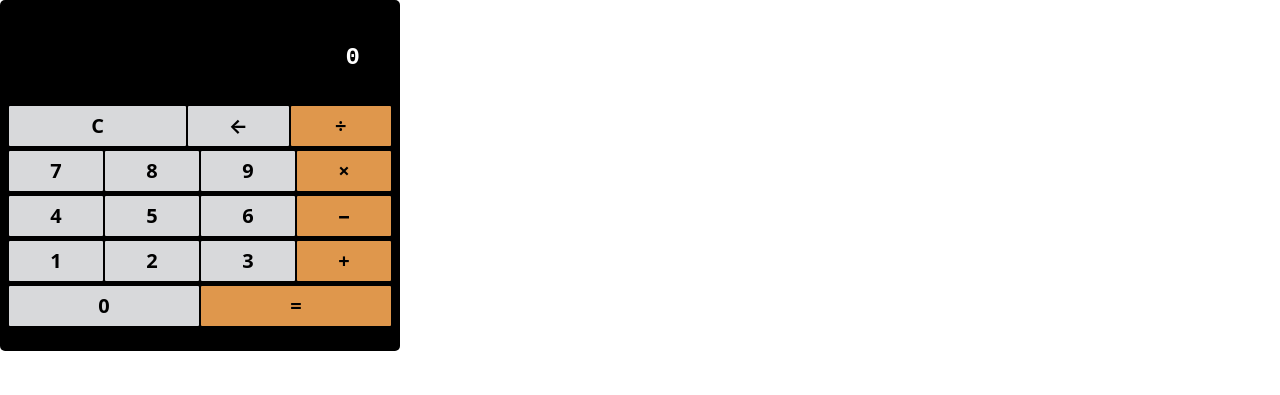
Repository: jgramirez0210/LAB-calculator
Page: index.html
An editor plug-in stored every save of this project. The page is shown before and after the next save, followed by the edit.
The browser window is 1280 px wide. The pictures show the whole page.

Above is the page before, as saved 2023-10-10 21:24:57.

### index.html
<!DOCTYPE html>
<html lang="en">
<head>
  <meta charset="UTF-8">
  <meta name="viewport" content="width=device-width, initial-scale=1.0">
  <title>Calculator</title>
  <link href="https://cdn.jsdelivr.net/npm/bootstrap@5.3.2/dist/css/bootstrap.min.css" rel="stylesheet" integrity="sha384-T3c6CoIi6uLrA9TneNEoa7RxnatzjcDSCmG1MXxSR1GAsXEV/Dwwykc2MPK8M2HN" crossorigin="anonymous">
  <link rel="stylesheet" href="main.css">
</head>
<body>
  <div class="calculator">
    <div class="display">0</div>
    <div class="row">
      <button class="clear-btn" id="wide">C</button>
      <button id="back">&#8592;</button>
      <button class="function" id="division">&#247;</button>
    </div>
    <div class="row">
        <button>7</button>
        <button>8</button>
        <button>9</button>
        <button class="function" id="multiply">&#215;</button>
    </div>
    <div class="row">
        <button>4</button>
        <button>5</button>
        <button>6</button>
        <button class="function" id="subtract">&#8722;</button>
    </div>
    <div class="row">
        <button>1</button>
        <button>2</button>
        <button>3</button>
        <button class="function" id="add">&#43;</button>
    </div>
    <div class="row">
        <button class="xwide">0</button>
        <button class="function" id="equals">&#61;</button>
    </div>
</div>

  <script src="https://cdn.jsdelivr.net/npm/bootstrap@5.3.2/dist/js/bootstrap.bundle.min.js" integrity="sha384-C6RzsynM9kWDrMNeT87bh95OGNyZPhcTNXj1NW7RuBCsyN/o0jlpcV8Qyq46cDfL" crossorigin="anonymous"></script>
  <script src="main.js"></script>
</body>
</html>

### main.css
* {
  box-sizing: border-box;
  margin: 0;
  padding: 0;
  font-weight: bold;
}

.calculator {
  width: 400px;
  background-color: #000000;
  padding: 20px;
  border-radius: 5px;
}

.display {
  font-family: monospace;
  background-color: black;
  color: white;
  padding: 20px;
  font-size: 24px;
  margin-bottom: 10px;
  text-align: right;
}

.row {
  display: flex;
  justify-content: space-between;
  margin-bottom: 5px;
}

button {
  flex: 1; /* Ensures equal distribution of space among buttons */
  margin: 0 1px; /* Added a slight margin for spacing */
  padding: 5px;
  font-size: 20px;
  background-color: #d8d9db;
  border: none;
  border-radius: 1px;
  transition: background-color 0.3s;
}

button:hover {
  background-color: #ebebeb;
}

button:active {
  background-color: #bbbcbe;
}

button.function {
  background-color: #df974c;
}

button.function:hover {
  background-color: #dfb07e;
}

button.function:active {
  background-color: #dd8d37;
}
button#wide {
  flex: 2;
}
button#xwide {
  flex: 3;
}

### main.js
console.log("testeroo")

After the next save:
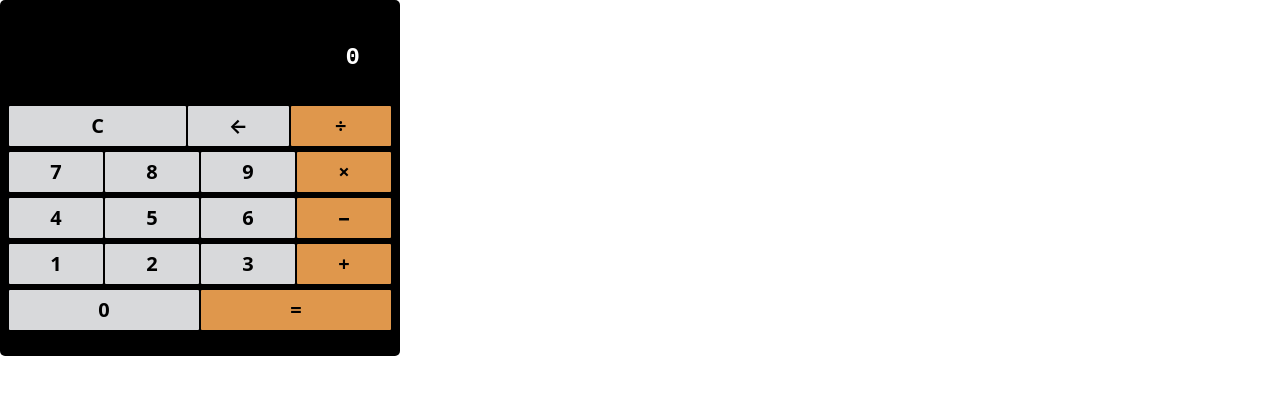
Saved 4 s later.
--- a/main.css
+++ b/main.css
@@ -30,7 +30,7 @@
 
 button {
   flex: 1; /* Ensures equal distribution of space among buttons */
-  margin: 0 1px; /* Added a slight margin for spacing */
+  margin: 1px; /* Added a slight margin for spacing */
   padding: 5px;
   font-size: 20px;
   background-color: #d8d9db;

After the save that followed:
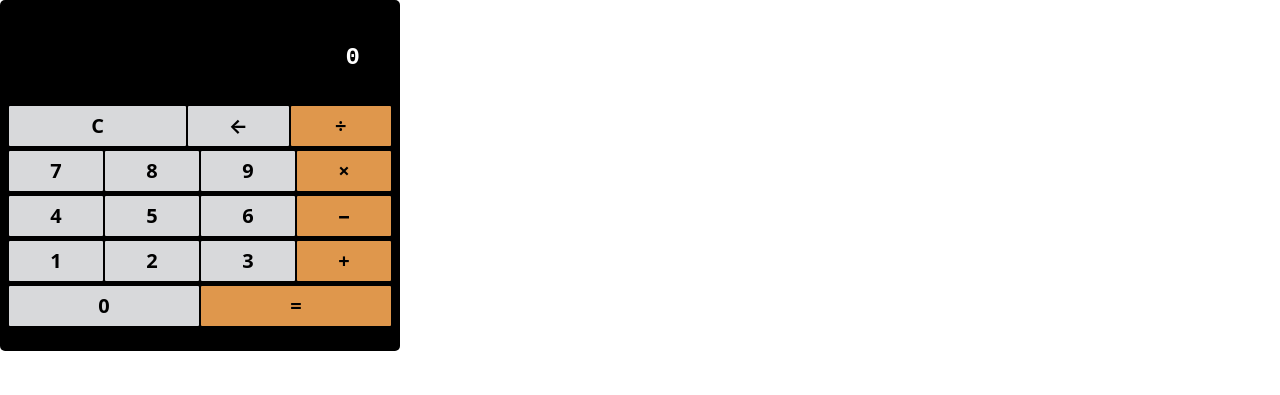
Saved 10 s later.
--- a/main.css
+++ b/main.css
@@ -30,7 +30,7 @@
 
 button {
   flex: 1; /* Ensures equal distribution of space among buttons */
-  margin: 1px; /* Added a slight margin for spacing */
+  margin: 0 1px; /* Added a slight margin for spacing */
   padding: 5px;
   font-size: 20px;
   background-color: #d8d9db;
